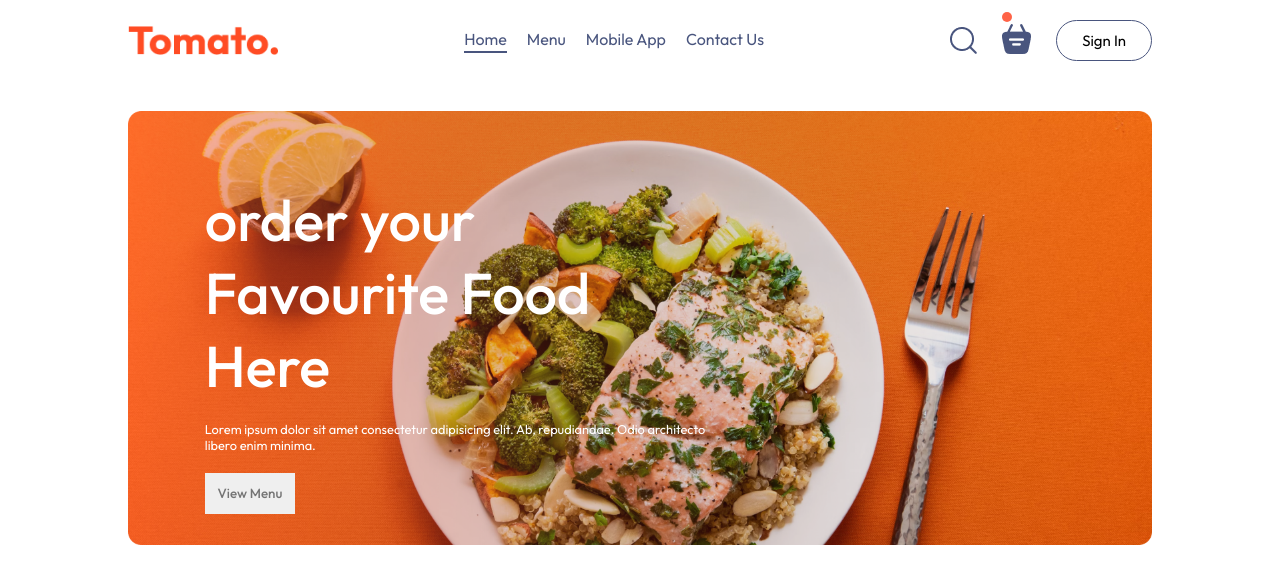
Repository: Attar786/Food-ordering-app
Page: / (app in frontend/)
The author's editor kept a copy of each file at every save. The page is drawn from the files as they stood at one save, then again after the next save.
The browser window is 1280 px wide. The pictures show the whole page.
The project was rebuilt for these pictures with package versions that can differ from the ones it lists, and the page was loaded fresh each time. Also part of the build but not shown: frontend/vite.config.js, frontend/src/pages/Cart/Cart.css, frontend/src/pages/Cart/Cart.jsx, frontend/src/pages/PlaceOrder/PlaceOrder.css, frontend/src/pages/PlaceOrder/PlaceOrder.jsx.

Above is the page before, as saved 2024-07-24 20:18:15.

### frontend/src/main.jsx
import ReactDOM from 'react-dom/client'
import App from './App.jsx'
import './index.css'
import {BrowserRouter} from 'react-router-dom'
ReactDOM.createRoot(document.getElementById('root')).render(
<BrowserRouter>
    <App />
    </BrowserRouter>
)

### frontend/src/App.jsx
import './index.css'
import Navbar from "./components/Navbar/Navbar"
import Home from './pages/Home/Home'
import Cart from './pages/Cart/Cart'
import PlaceOrder from './pages/PlaceOrder/PlaceOrder'
import { Route, Routes } from 'react-router-dom'


function App() {

  return (
    <>

  <div className='app'>
  <Navbar/>
<Routes>
<Route path='/' element={<Home/>}/>
<Route path='/cart' element={<Cart/>}/>
<Route path='/order' element={<PlaceOrder/>}/>

</Routes>
  </div>
    </>
  )
}

export default App

### frontend/src/index.css
@import url('https://fonts.googleapis.com/css2?family=Outfit:wght@100..900&display=swap');


*{
margin: 0;
padding: 0;
 box-sizing: border-box;
 font-family: outfit;
}
body{
height: 100vh;
}
a{
text-decoration: none;
color : inherit;
}
.app{
    width: 80%;
    margin: auto;
}

### frontend/src/components/Navbar/Navbar.jsx
import { useState } from 'react';
import './Navbar.css';
import { assets } from '../../assets/assets';

const Navbar = () => {
  const [menu, setMenu] = useState("home");

  const handleMenuClick = (menuItem) => {
    setMenu(menuItem);
  };

  return (
    <div className="Navbar">
      <img src={assets.logo} alt="Logo" className="logo" />
      <ul className="navbar-menu">
        <li onClick={() => handleMenuClick("home")} className={menu === "home" ? "active" : ""}>Home</li>
        <li onClick={() => handleMenuClick("menu")} className={menu === "menu" ? "active" : ""}>Menu</li>
        <li onClick={() => handleMenuClick("mobile-app")} className={menu === "mobile-app" ? "active" : ""}>Mobile App</li>
        <li onClick={() => handleMenuClick("contact-us")} className={menu === "contact-us" ? "active" : ""}>Contact Us</li>
      </ul>
      <div className="navbar-right">
        <img src={assets.search_icon} alt="search-icon" />
        <div>
          <img src={assets.basket_icon} alt="icons" />
          <div className="dot"></div>
        </div>
        <button>Sign In</button>
      </div>
    </div>
  );
}

export default Navbar;

### frontend/src/pages/Home/Home.jsx
import Header from '../../components/Header/Header'
import './Home.css'

const Home = () => {
  return (
<Header/>
)
}

export default Home

### frontend/src/components/Navbar/Navbar.css
.Navbar{
    padding: 20px 0;
    display: flex;
    justify-content: space-between;
    align-items: center;
}
.Navbar .logo{
    width: 150px;
}
.navbar-menu{
    display: flex;
    list-style: none;
    gap: 20px;
    font: 18px;
    color: #49557e;
    cursor: pointer;
}
.navbar-right{
    display: flex;
    align-items: center;
    gap: 25px;

}
.Navbar button{
    font-size: 15px;
    border: 1px solid #49557e;
    background: transparent;
    padding: 10px 25px;
    cursor: pointer;
    border-radius: 40px;
    transition: 0.3s;
}
.Navbar button:hover{
    background-color: #fff4f2;
}
.Navbar .navbar-menu .active{
    padding-bottom: 2px;
    border-bottom: 2px solid #49557e;

}
.search-icon{
    position: relative;
}
/* .search-icon .dot{ */
    /* position: absolute;
    top: -5px;
    right: -5px;
    width: 10px;
    height: 10px;
    background-color: blue;
    border-radius: 50%;
} */
.dot {
    position: absolute;
    top: 12px; /* Adjust as needed */
    right: 268px; /* Adjust as needed */
    width: 10px;
    height: 10px;

    background-color: tomato;
    border-radius: 50%;
  }

### frontend/src/assets/assets.js
import basket_icon from './basket_icon.png'
import logo from './logo.png'
import header_img from './header_img.png'
import search_icon from './search_icon.png'
import menu_1 from './menu_1.png'
import menu_2 from './menu_2.png'
import menu_3 from './menu_3.png'
import menu_4 from './menu_4.png'
import menu_5 from './menu_5.png'
import menu_6 from './menu_6.png'
import menu_7 from './menu_7.png'
import menu_8 from './menu_8.png'

import food_1 from './food_1.png'
import food_2 from './food_2.png'
import food_3 from './food_3.png'
import food_4 from './food_4.png'
import food_5 from './food_5.png'
import food_6 from './food_6.png'
import food_7 from './food_7.png'
import food_8 from './food_8.png'
import food_9 from './food_9.png'
import food_10 from './food_10.png'
import food_11 from './food_11.png'
import food_12 from './food_12.png'
import food_13 from './food_13.png'
import food_14 from './food_14.png'
import food_15 from './food_15.png'
import food_16 from './food_16.png'
import food_17 from './food_17.png'
import food_18 from './food_18.png'
import food_19 from './food_19.png'
import food_20 from './food_20.png'
import food_21 from './food_21.png'
import food_22 from './food_22.png'
import food_23 from './food_23.png'
import food_24 from './food_24.png'
import food_25 from './food_25.png'
import food_26 from './food_26.png'
import food_27 from './food_27.png'
import food_28 from './food_28.png'
import food_29 from './food_29.png'
import food_30 from './food_30.png'
import food_31 from './food_31.png'
import food_32 from './food_32.png'

import add_icon_white from './add_icon_white.png'
import add_icon_green from './add_icon_green.png'
import remove_icon_red from './remove_icon_red.png'
import app_store from './app_store.png'
import play_store from './play_store.png'
import linkedin_icon from './linkedin_icon.png'
import facebook_icon from './facebook_icon.png'
import twitter_icon from './twitter_icon.png'
import cross_icon from './cross_icon.png'
import selector_icon from './selector_icon.png'
import rating_starts from './rating_starts.png'
import profile_icon from './profile_icon.png'
import bag_icon from './bag_icon.png'
import logout_icon from './logout_icon.png'
import parcel_icon from './parcel_icon.png'

export const assets = {
    logo,
    basket_icon,
    header_img,
    search_icon,
    rating_starts,
    add_icon_green,
    add_icon_white,
    remove_icon_red,
    app_store,
    play_store,
    linkedin_icon,
    facebook_icon,
    twitter_icon,
    cross_icon,
    selector_icon,
    profile_icon,
    logout_icon,
    bag_icon,
    parcel_icon
}

export const menu_list = [
    {
        menu_name: "Salad",
        menu_image: menu_1
    },
    {
        menu_name: "Rolls",
        menu_image: menu_2
    },
    {
        menu_name: "Deserts",
        menu_image: menu_3
    },
    {
        menu_name: "Sandwich",
        menu_image: menu_4
    },
    {
        menu_name: "Cake",
        menu_image: menu_5
    },
    {
        menu_name: "Pure Veg",
        menu_image: menu_6
    },
    {
        menu_name: "Pasta",
        menu_image: menu_7
    },
    {
        menu_name: "Noodles",
        menu_image: menu_8
    }]

export const food_list = [
    {
        _id: "1",
        name: "Greek salad",
        image: food_1,
        price: 12,
        description: "Food provides essential nutrients for overall health and well-being",
        category: "Salad"
    },
    {
        _id: "2",
        name: "Veg salad",
        image: food_2,
        price: 18,
        description: "Food provides essential nutrients for overall health and well-being",
        category: "Salad"
    }, {
        _id: "3",
        name: "Clover Salad",
        image: food_3,
        price: 16,
        description: "Food provides essential nutrients for overall health and well-being",
        category: "Salad"
    }, {
        _id: "4",
        name: "Chicken Salad",
        image: food_4,
        price: 24,
        description: "Food provides essential nutrients for overall health and well-being",
        category: "Salad"
    }, {
        _id: "5",
        name: "Lasagna Rolls",
        image: food_5,
        price: 14,
        description: "Food provides essential nutrients for overall health and well-being",
        category: "Rolls"
    }, {
        _id: "6",
        name: "Peri Peri Rolls",
        image: food_6,
        price: 12,
        description: "Food provides essential nutrients for overall health and well-being",
        category: "Rolls"
    }, {
        _id: "7",
        name: "Chicken Rolls",
        image: food_7,
        price: 20,
        description: "Food provides essential nutrients for overall health and well-being",
        category: "Rolls"
    }, {
        _id: "8",
        name: "Veg Rolls",
        image: food_8,
        price: 15,
        description: "Food provides essential nutrients for overall health and well-being",
        category: "Rolls"
    }, {
        _id: "9",
        name: "Ripple Ice Cream",
        image: food_9,
        price: 14,
        description: "Food provides essential nutrients for overall health and well-being",
        category: "Deserts"
    }, {
        _id: "10",
        name: "Fruit Ice Cream",
        image: food_10,
        price: 22,
        description: "Food provides essential nutrients for overall health and well-being",
        category: "Deserts"
    }, {
        _id: "11",
        name: "Jar Ice Cream",
        image: food_11,
        price: 10,
        description: "Food provides essential nutrients for overall health and well-being",
        category: "Deserts"
    }, {
        _id: "12",
        name: "Vanilla Ice Cream",
        image: food_12,
        price: 12,
        description: "Food provides essential nutrients for overall health and well-being",
        category: "Deserts"
    },
    {
        _id: "13",
        name: "Chicken Sandwich",
        image: food_13,
        price: 12,
        description: "Food provides essential nutrients for overall health and well-being",
        category: "Sandwich"
    },
    {
        _id: "14",
        name: "Vegan Sandwich",
        image: food_14,
        price: 18,
        description: "Food provides essential nutrients for overall health and well-being",
        category: "Sandwich"
    }, {
        _id: "15",
        name: "Grilled Sandwich",
        image: food_15,
        price: 16,
        description: "Food provides essential nutrients for overall health and well-being",
        category: "Sandwich"
    }, {
        _id: "16",
        name: "Bread Sandwich",
        image: food_16,
        price: 24,
        description: "Food provides essential nutrients for overall health and well-being",
        category: "Sandwich"
    }, {
        _id: "17",
        name: "Cup Cake",
        image: food_17,
        price: 14,
        description: "Food provides essential nutrients for overall health and well-being",
        category: "Cake"
    }, {
        _id: "18",
        name: "Vegan Cake",
        image: food_18,
        price: 12,
        description: "Food provides essential nutrients for overall health and well-being",
        category: "Cake"
    }, {
        _id: "19",
        name: "Butterscotch Cake",
        image: food_19,
        price: 20,
        description: "Food provides essential nutrients for overall health and well-being",
        category: "Cake"
    }, {
        _id: "20",
        name: "Sliced Cake",
        image: food_20,
        price: 15,
        description: "Food provides essential nutrients for overall health and well-being",
        category: "Cake"
    }, {
        _id: "21",
        name: "Garlic Mushroom ",
        image: food_21,
        price: 14,
        description: "Food provides essential nutrients for overall health and well-being",
        category: "Pure Veg"
    }, {
        _id: "22",
        name: "Fried Cauliflower",
        image: food_22,
        price: 22,
        description: "Food provides essential nutrients for overall health and well-being",
        category: "Pure Veg"
    }, {
        _id: "23",
        name: "Mix Veg Pulao",
        image: food_23,
        price: 10,
        description: "Food provides essential nutrients for overall health and well-being",
        category: "Pure Veg"
    }, {
        _id: "24",
        name: "Rice Zucchini",
        image: food_24,
        price: 12,
        description: "Food provides essential nutrients for overall health and well-being",
        category: "Pure Veg"
    },
    {
        _id: "25",
        name: "Cheese Pasta",
        image: food_25,
        price: 12,
        description: "Food provides essential nutrients for overall health and well-being",
        category: "Pasta"
    },
    {
        _id: "26",
        name: "Tomato Pasta",
        image: food_26,
        price: 18,
        description: "Food provides essential nutrients for overall health and well-being",
        category: "Pasta"
    }, {
        _id: "27",
        name: "Creamy Pasta",
        image: food_27,
        price: 16,
        description: "Food provides essential nutrients for overall health and well-being",
        category: "Pasta"
    }, {
        _id: "28",
        name: "Chicken Pasta",
        image: food_28,
        price: 24,
        description: "Food provides essential nutrients for overall health and well-being",
        category: "Pasta"
    }, {
        _id: "29",
        name: "Buttter Noodles",
        image: food_29,
        price: 14,
        description: "Food provides essential nutrients for overall health and well-being",
        category: "Noodles"
    }, {
        _id: "30",
        name: "Veg Noodles",
        image: food_30,
        price: 12,
        description: "Food provides essential nutrients for overall health and well-being",
        category: "Noodles"
    }, {
        _id: "31",
        name: "Somen Noodles",
        image: food_31,
        price: 20,
        description: "Food provides essential nutrients for overall health and well-being",
        category: "Noodles"
    }, {
        _id: "32",
        name: "Cooked Noodles",
        image: food_32,
        price: 15,
        description: "Food provides essential nutrients for overall health and well-being",
        category: "Noodles"
    }
]

### frontend/src/components/Header/Header.jsx
import "./Header.css";
const Header = () => {
  return (
    <div className="header">
      <div className="header-contents">
        <h2>order your Favourite Food Here</h2>
        <p>
          Lorem ipsum dolor sit amet consectetur adipisicing elit. Ab,
          repudiandae. Odio architecto libero enim minima.
        </p>
        <button>View Menu</button>
      </div>
    </div>
  );
};

export default Header;

### frontend/src/components/Header/Header.css
.header{
    height: 35vw;
    margin: 30px auto;
    background: url('/header_img.png') no-repeat;
    background-size: contain;
    position: relative;
}
.header-contents{
position: absolute;
display: flex;
flex-direction: column;
align-items: start;
gap: 1.5vw;
max-width: 50%;
bottom: 10%;
left: 6vw;
}

.header-contents h2{
    font-weight: 500;
    color: white;
    font-size: max(4.5vw, 22px);
}
.header-contents p{
    color: white;
    font-size: 1vw;

}
.header-contents button{
    font-weight: 500;
    color: #747474;
    border: none;
    padding: 1vw;


}

Loaded but not shown: frontend/index.html (common file); frontend/src/pages/Home/Home.css (no stored copy; drawn as an empty file)

After the next save:
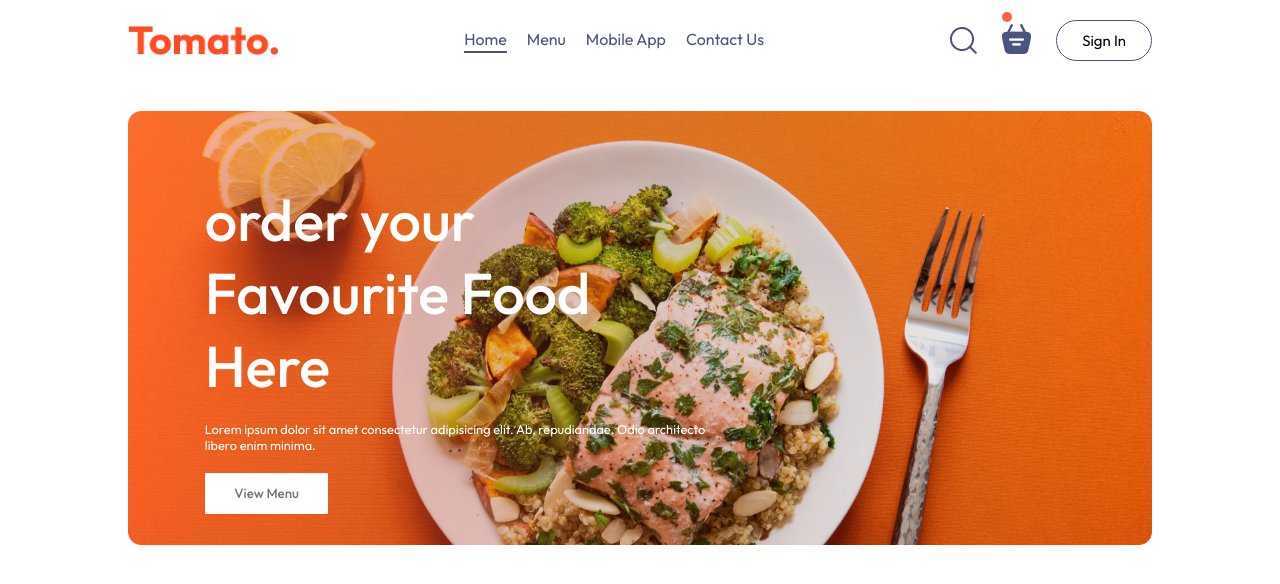
Saved 31 s later.
--- a/frontend/src/components/Header/Header.css
+++ b/frontend/src/components/Header/Header.css
@@ -30,7 +30,8 @@ left: 6vw;
     font-weight: 500;
     color: #747474;
     border: none;
-    padding: 1vw;
+    padding: 1vw 2.3vw;
+    background-color: white;
 
 
 }
